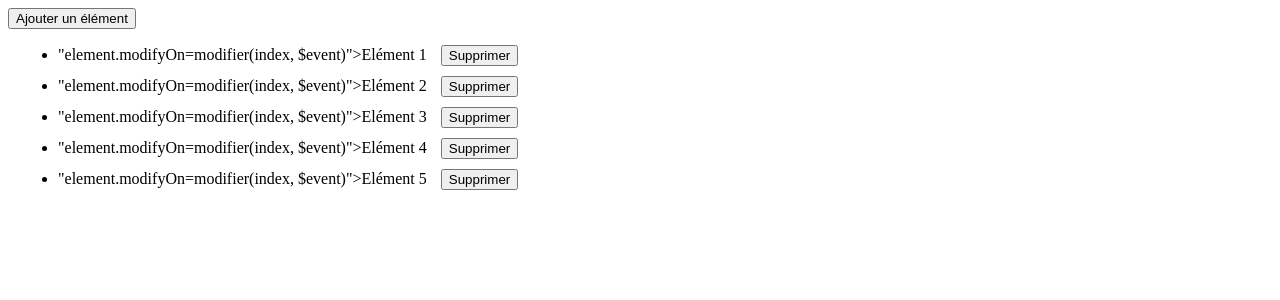
Repository: arione15/Livre_Serrion-Vue.js
Page: index.html
An editor plug-in stored every save of this project. The page is shown before and after a run of saves, followed by the edit.
The browser window is 1280 px wide. The pictures show the whole page.

Above is the page before, as saved 2021-09-08 12:50:37.

After the next 2 saves:
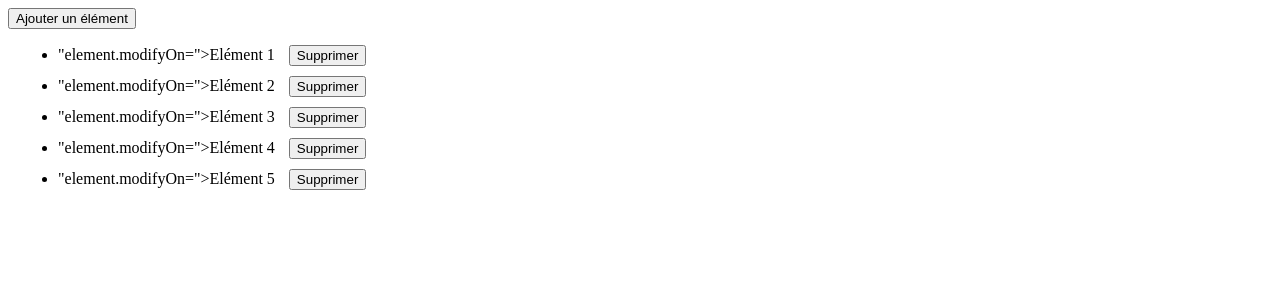
The 2 saves are shown as one change because they came seconds apart.
The last was saved 9 s later.
--- a/index.html
+++ b/index.html
@@ -23,7 +23,7 @@
                 <button v-on:click="ajouter()">Ajouter un élément</button>
                 <ul>
                     <li v-for="(element, index) of elements" style="margin:10px">
-                        <span v-if"element.modifyOn=modifier(index, $event)">{{element.text}}</span>
+                        <span v-if"element.modifyOn=">{{element.text}}</span>
                     <button v-on:click="supprimer(index)" style="margin-left:10px">Supprimer</button>
                 </li>
                 </ul>
